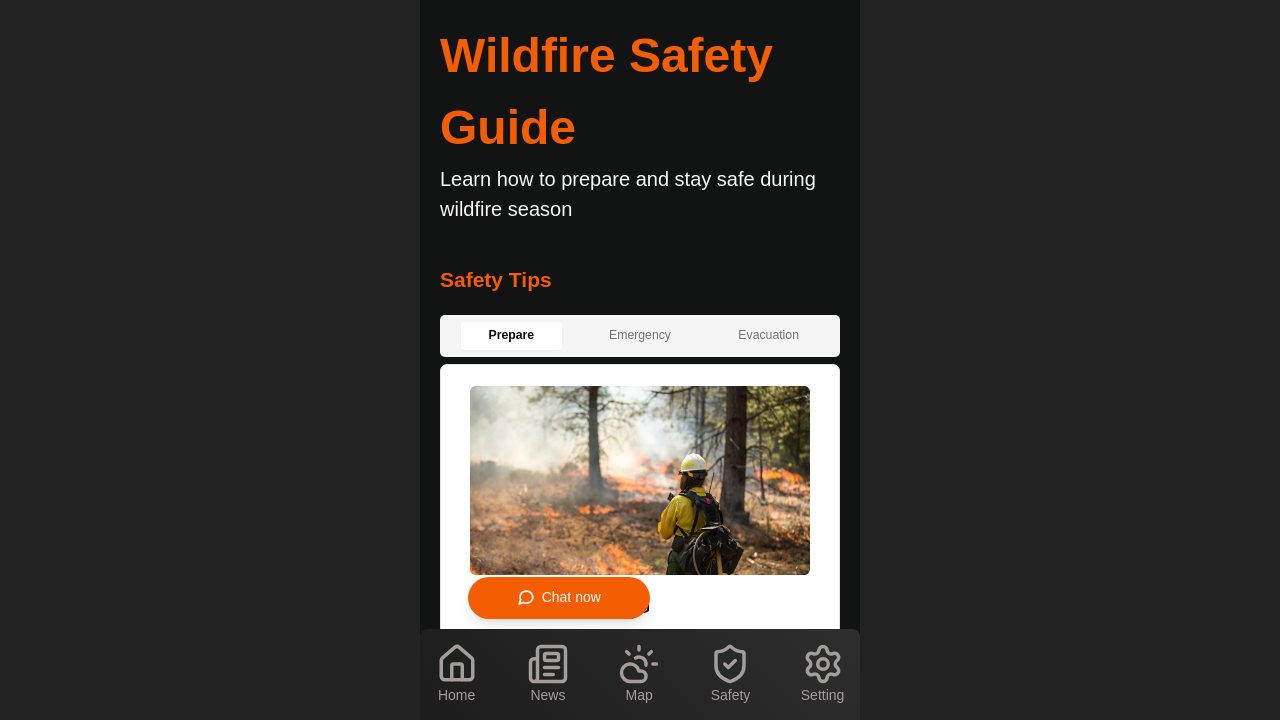
Repository: BCITKevin/Flare_IDSP
Page: /safety
These files come from the project's save history. The page is drawn as it stood at one moment and after the next save; the edit follows.
The browser window is 1280 px wide. The pictures show the whole page.
An inner scrolling area shows only its first screen. Some web fonts or font styles are not loaded; a fallback is used. The project was rebuilt for these pictures with package versions that can differ from the ones it lists, and the page was loaded fresh each time. The framework's server and built-in components were replaced by stand-ins that run in the browser. Also part of the build but not shown: next.config.js, next.config.mjs.

Above is the page before, as saved 2024-11-30 07:08:15.

### src/app/layout.tsx
import type { Metadata } from "next";
import Script from 'next/script';
import "./globals.css";
import { BrowserRouter } from "react-router-dom";

export const metadata: Metadata = {
  title: "Flare",
  description: "Flare is disaster response platform.",
  manifest: "/manifest.json",
};

export default function RootLayout({
  children,
}: Readonly<{
  children: React.ReactNode;
}>) {
  return (
    <html lang="en">
        <head>
          <link rel="manifest" href="/manifest.json" />
          <link rel="icon" href="/favicon.ico" />
          <link rel="apple-touch-icon" href="/images/logo-192x192.png" />
          <link
            rel="stylesheet"
            href="https://cdnjs.cloudflare.com/ajax/libs/leaflet/1.9.4/leaflet.min.css"
            crossOrigin=""
          />
        </head>
        <body
          className={`antialiased`}
        >
          {children}
          <Script
            src="https://cdnjs.cloudflare.com/ajax/libs/leaflet/1.9.4/leaflet.min.js"
            strategy="beforeInteractive"
            crossOrigin=""
          />
        </body>
    </html>
  );
}

### src/app/safety/page.tsx
'use client';

import { Tabs, TabsContent, TabsList, TabsTrigger } from "@/components/ui/tabs";
import {
    Card,
    CardContent,
    // CardDescription,
    // CardFooter,
    CardHeader,
    // CardTitle,
} from "@/components/ui/card"
import styles from "./safety.module.css"
import { Backpack, Map, Flag } from "lucide-react";
import prepareHero from "../public/images/prepareHero.png"
import evacHero from "../public/images/EvacHero.png"
import emergencyHero from "../public/images/EmergencyHero.png"
import BottomNavBar from "@/components/BottomNavBar/BottomNavBar";
import React from "react";

import { useState } from "react";
import Image from "next/image";

type Message = {
    text: string;
    sender: string;
};

// Card can be reformatted into a reusable component

export default function Safety() {
    const [showChat, setShowChat] = useState(false);
    const [activeTab, setActiveTab] = useState('Prepare');
    const [prevMsg, setMsg] = useState<Message[]>([
        { text: "Hello! Is there anything about wildfires I could help you with today?", sender: 'bot' },
    ]);


    async function handleSubmit(e: React.FormEvent<HTMLFormElement>) {
        e.preventDefault()

        try {
            const message = (document.querySelector('#message') as HTMLInputElement)?.value;
            (document.querySelector('#message') as HTMLInputElement).value = '';

            console.log(message);
            setMsg((prevMsg) => [...prevMsg, { text: message, sender: 'user' }]);

            const res = await fetch('/api/safety', {
                method: 'POST',
                headers: {
                    'Content-Type': 'application/json',
                },
                body: JSON.stringify({ message }),
            });

            if (!res.ok) {
                console.error();
                throw new Error('OOPS, SOMETHIN WRONG WITH BOT');
            }
            const data = await res.json();

            const botResponse = data.chat.content || "Sorry, I can't process your request. Please try again";

            setMsg((prevMsg) => [...prevMsg, { text: botResponse, sender: 'bot' }]);

            console.log('from gpt: ', botResponse);
        }
        catch (err) {
            console.error(err);
        }
    }

    const prepareText = `
    <strong>Stay informed:</strong> It’s crucial to stay updated on emergency alerts and evacuation orders issued by local authorities. Regularly check with Flare and turn on notifications and stay updated with the news. These alerts provide critical information about wildfire locations, safe zones, and road closures.
    <br><br>
    <strong>Assemble an emergency kit:</strong> Include:
    <ul>
        <li>- First aid supplies, such as bandages, antiseptics, and pain relievers.</li>
        <li>- Enough non-perishable food and water to sustain your household for at least 3 days.</li>
        <li>- Flashlights with spare batteries, a multi-tool, a whistle for signaling, and a fire extinguisher.</li>
        <li>- Personal hygiene items, blankets, and clothing suitable for various weather conditions.</li>
    </ul>
    <br>
    <strong>Follow evacuation routes:</strong> Use the safest, predefined routes recommended by local authorities. Avoid unfamiliar roads that could be blocked or unsafe. Always have a physical map in case of GPS or mobile network failure.
    <br><br>
    <strong>Leave as early as possible:</strong> Don’t wait until the last moment to evacuate. Early action reduces risks and allows emergency responders to focus on critical areas. Traffic congestion and panic during last-minute evacuations can pose additional dangers.
    <br><br>
    <strong>Assist neighbors if possible:</strong> Check on those in your community who may need help, especially the elderly, people with disabilities, or families without transportation. Offer support by carpooling or sharing resources.
    <br><br>
    <strong>Keep your vehicle ready:</strong> Ensure your vehicle is in good condition with a full gas tank. Keep the keys easily accessible, park the car facing outward for a quick exit, and load essential items in advance to save time during an emergency.
    <br><br>
    <strong>Practice your evacuation plan:</strong> Conduct regular drills with your household to ensure everyone knows their roles and responsibilities. Familiarity with the process can reduce stress and confusion during an actual emergency.
    <br><br>
    <strong>Create a defensible space around your home:</strong> Clear dry leaves, branches, and other flammable materials at least 30 feet from your home. Trim tree branches to a height of at least 6 feet to prevent fire from climbing. Regularly maintain gutters and roofs by removing debris. Store firewood and other combustible items far from structures.
    <br><br>
    `;


    const emergencyText = `
    <strong>If you are in danger, contact emergency services immediately:</strong> Dial the emergency hotline 911 if your safety is compromised. Or  call 1 800 663-5555 toll-free or <strong>*5555</strong> on a cellphone to report a wildfire. Clearly state your location and the nature of the emergency to ensure responders can locate you quickly. Avoid using the line for non-critical updates to keep it free for those in immediate need.
    <br><br>
    <strong>Stay inside if safe:</strong> If evacuation is not possible, shelter in place in a safe room. Select an area with minimal windows and external doors, preferably one located at the center of your home or on the opposite side of the fire’s path. Keep the space stocked with basic necessities, including water, flashlights, and communication devices.
    <br><br>
    <strong>Block air entry:</strong> Use duct tape, wet towels, or other materials to seal gaps around doors and windows to prevent smoke infiltration. Shut off HVAC systems and close vents to further limit the entry of hazardous air.
    <br><br>
    <strong>Listen to official information:</strong> Stay tuned to updates from local authorities via radio, mobile apps, or reliable online sources. Avoid spreading or acting on unverified information that may cause unnecessary panic.
    <br><br>
    <strong>Use face coverings:</strong> If you need to go outside or smoke enters your shelter, use wet towels, bandanas, or certified N95 masks to filter harmful particles. This is especially important for individuals with respiratory issues, the elderly, and young children.
    <br><br>
    <strong>Stay hydrated:</strong> Drink plenty of water to combat dehydration caused by heat and smoke inhalation. Avoid alcohol or caffeinated drinks, which can exacerbate dehydration. If possible, keep oral rehydration salts or electrolyte drinks on hand.
    <br><br>
    <strong>Be prepared for power outages:</strong> Wildfires may disrupt electricity. Keep flashlights, extra batteries, and a manual crank radio available. Charge your devices in advance and consider using portable power banks.
    <br><br>
    <strong>Plan for communication:</strong> If mobile networks are down, use walkie-talkies or pre-established signals with neighbors and family to communicate effectively.
    <br><br>
    <strong>Protect pets and livestock:</strong> Keep your pets in a secure area with food and water. If possible, move livestock to open areas far from fire hazards.
    <br><br>
    <strong>Monitor air quality:</strong> Use air purifiers indoors if available and check air quality levels through official channels to minimize smoke-related health risks.
    `;


    const evacuationText = `
    <strong>Develop a family emergency plan:</strong> Create a detailed emergency plan that includes designated meeting spots, multiple communication strategies, and escape routes for different scenarios. Assign responsibilities to each family member and rehearse the plan frequently to ensure everyone is prepared.
    <br><br>
    <strong>Prepare to leave immediately:</strong>
    - Ensure you have gathered all essential items ahead of time to avoid delays. These include:
    <br><br>
    <ul>
        <li>- <strong>Medications</strong>, including prescription drugs and a basic first aid kit for minor injuries.</li>
        <li>- <strong>Important documents</strong>, such as government-issued IDs, insurance papers, property deeds, and emergency contact information.</li>
        <li>- Your <strong>emergency kit</strong> as outlined in the prepare section</li>
        <li>- Personal items like clothing, toiletries, and any essential supplies for infants, pets, or elderly family members.</li>
    </ul>
    <br>
    <strong>Keep important documents ready:</strong> Store essential documents like birth certificates, passports, medical records, and insurance policies in a waterproof, fireproof safe. Back up digital copies to cloud storage or an external hard drive.
    <br><br>
    <strong>Know your local risk level:</strong> Familiarize yourself with wildfire risks in your area by consulting local government websites and fire risk maps. Participate in community evacuation drills to understand the best practices and routes in case of an emergency.
    <br><br>
    <strong>Sign up for emergency alerts:</strong> Subscribe to wildfire and weather warning systems offered by local authorities.
    <br><br>
    <strong>Invest in fire-resistant building materials:</strong> Upgrade your home with fire-resistant roofing, siding, and windows. Install ember-resistant vents to prevent sparks from entering your home.
    <br><br>
    <strong>Prepare your vehicle:</strong> Keep your car in good working condition, with a full gas tank and an emergency kit inside. Include maps, a spare tire, tools, and extra supplies to ensure mobility during an evacuation.
    <br><br>
    <strong>Coordinate with your neighbors:</strong> Work together with your community to create a wildfire response plan. Share resources, such as tools and safety tips, to enhance collective preparedness.
    <br><br>
    <strong>Learn fire suppression techniques:</strong> Take basic training on how to use a fire extinguisher and other suppression tools effectively. Know when to evacuate instead of attempting to combat the fire yourself.
    <br><br>
    <strong>Advocate for local safety measures:</strong> Encourage local governments to implement wildfire prevention strategies, such as controlled burns, community fuel breaks, and infrastructure upgrades.
    `;




    return (
        <body className="min-h-screen overflow-y-auto">
            <div className="safetyLayout h-full overflow-y-auto mb-44">
                <div className={`mb-12 ${styles.safetyHeading}`}>
                    <h1>
                        Wildfire Safety Guide
                    </h1>
                    <h4 className={styles.whiteText}>
                        Learn how to prepare and stay safe during wildfire season
                    </h4>
                </div>
                {/* <Card className="p-5 mt-3 transition-all duration-300 hover:shadow-lg border-l-4 border-l-orange-500">
                    <CardHeader className="p-0 mb-3">
                        <div className="flex items-center gap-2">
                            <strong className={`${styles.articleBody} text-lg`}>
                                Based on your Location and Recent Weather
                            </strong>
                        </div>
                    </CardHeader>
                    <CardContent className="p-0">
                        <div className="flex flex-col gap-2">
                            <p className={`${styles.articleBody} leading-relaxed`}>
                                Consider bringing:
                            </p>
                            <ul className="list-disc ml-5 space-y-1">
                                <li className={styles.articleBody}>Extra water (1 gallon per person)</li>
                                <li className={styles.articleBody}>Cooling towels</li>
                                <li className={styles.articleBody}>Sun protection (hat, sunscreen)</li>
                            </ul>
                        </div>
                    </CardContent>
                </Card> */}
                <div className={`${styles.safetyHeading} mb-6 mt-6`}>
                    <h3 className="text-2xl font-bold">
                        Safety Tips
                    </h3>
                </div>
                <div className="mt-2">
                <Tabs defaultValue="Prepare" className="w-full flex flex-col" onValueChange={setActiveTab}>
                        <TabsList className="space-x-8 p-6">
                            <TabsTrigger value="Prepare" className={`w-full ${activeTab === 'Prepare' ? styles.activeTab : ''}`}>Prepare</TabsTrigger>
                            <TabsTrigger value="Emergency" className={`w-full ${activeTab === 'Emergency' ? styles.activeTab : ''}`}>Emergency</TabsTrigger>
                            <TabsTrigger value="Evacuation" className={`w-full ${activeTab === 'Evacuation' ? styles.activeTab : ''}`}>Evacuation</TabsTrigger>
                        </TabsList>
                        <TabsContent value="Prepare">
                            <Card className={`${styles.card} p-6 flex flex-col items-center mb-24`}>
                                <Image src={prepareHero} width={340} height={189} alt="a rescue worker looking towards a wildfire" />
                                <Flag color="black" className="m-6" />
                                <p dangerouslySetInnerHTML={{ __html: prepareText }} className={styles.articleBody} />
                            </Card>
                        </TabsContent>
                        <TabsContent value="Emergency">
                            <Card className={`${styles.card} p-6 flex flex-col items-center mb-24`}>
                                <Image src={emergencyHero} width={340} height={189} alt="a rescue worker looking towards a wildfire" />
                                <Backpack color="black" className="m-6" />
                                <p dangerouslySetInnerHTML={{ __html: emergencyText }} className={styles.articleBody} />
                            </Card>
                        </TabsContent>
                        <TabsContent value="Evacuation">
                            <Card className={`${styles.card} p-6 flex flex-col items-center mb-24`}>
                                <Image src={evacHero} width={340} height={189} alt="a rescue worker looking towards a wildfire" />
                                <Map color="black" className="m-6" />
                                <p dangerouslySetInnerHTML={{ __html: evacuationText }} className={styles.articleBody} />
                            </Card>
                        </TabsContent>
                    </Tabs>
                </div>
                {showChat ? (
                    <>
                        <div className="justify-center items-center flex overflow-x-hidden overflow-y-auto fixed inset-0 z-50 outline-none focus:outline-none">
                            <div className="relative w-full h-full mx-auto max-w-3xl px-4 pt-6 pb-24">
                                <div className="border-0 rounded-lg shadow-lg relative flex flex-col w-full h-full bg-white outline-none focus:outline-none">
                                    {/* Header */}
                                    <div className="flex items-center justify-between p-4 border-b border-solid border-gray-200">
                                        <h3 className="text-lg font-semibold text-gray-900">Flare Assistant</h3>
                                        <button
                                            className="p-1 ml-auto border-0 text-black float-right text-3xl leading-none font-semibold"
                                            onClick={() => setShowChat(false)}
                                        >
                                            ×
                                        </button>
                                    </div>

                                    {/* Chat Messages */}
                                    <div className="relative p-4 flex-auto overflow-y-auto">
                                        {prevMsg.map((msg, i) => (
                                            <div key={i} className={`flex ${msg.sender === 'user' ? 'justify-end' : 'justify-start'} mb-4`}>
                                                <div className={`rounded-lg px-4 py-2 max-w-[80%] ${
                                                    msg.sender === 'user'
                                                    ? 'bg-[var(--orange)] text-white'
                                                    : 'bg-gray-100 text-gray-800'
                                                }`}>
                                                    {msg.text}
                                                </div>
                                            </div>
                                        ))}
                                    </div>

                                    {/* Input Form */}
                                    <div className="border-t border-solid border-gray-200 p-4">
                                        <form onSubmit={handleSubmit} className="flex gap-2">
                                            <input
                                                type="text"
                                                id="message"
                                                placeholder="Type your message..."
                                                className="flex-grow px-4 py-2 border border-gray-300 rounded-full focus:outline-none focus:border-[var(--orange)]"
                                            />
                                            <button
                                                type="submit"
                                                className="bg-[var(--orange)] text-white rounded-full px-6 py-2"
                                            >
                                                Send
                                            </button>
                                        </form>
                                    </div>
                                </div>
                            </div>
                        </div>
                        <div className="opacity-25 fixed inset-0 z-40 bg-black"></div>
                    </>
                ) : null}
                <div className="flex flex-col fixed bottom-24 rounded-md px-6 py-3 m-2 items-center gap-4 transition-all duration-300">
                    {/* <div>
                        <span className="flex justify-center text-white ">Flare Assistant</span>
                        <p className="text-white text-base">Ask us about how you can stay safe</p>
                    </div> */}
                    <button
                        className="flex justify-center bg-[var(--orange)] text-white rounded-full shadow-lg transition-all duration-300 flex items-center gap-2 px-4 py-2 w-3/4 hover:border-2 hover:border-white box-border w-52 h-12"
                        onClick={() => setShowChat(true)}
                    >
                        <img src="/icons/message-circle.svg" alt="chatbot icon" className="w-5 h-5 filter invert brightness-0" />
                        <span>Chat now</span>
                    </button>
                </div>
            </div>
            <BottomNavBar />
        </body>
    )
}

### src/components/ui/card.tsx
import * as React from "react"

import { cn } from "@/lib/utils"

const Card = React.forwardRef<
  HTMLDivElement,
  React.HTMLAttributes<HTMLDivElement>
>(({ className, ...props }, ref) => (
  <div
    ref={ref}
    className={cn(
      "rounded-lg border border-neutral-200 bg-white text-neutral-950 shadow-sm dark:border-neutral-800 dark:bg-neutral-950 dark:text-neutral-50",
      className
    )}
    {...props}
  />
))
Card.displayName = "Card"

const CardHeader = React.forwardRef<
  HTMLDivElement,
  React.HTMLAttributes<HTMLDivElement>
>(({ className, ...props }, ref) => (
  <div
    ref={ref}
    className={cn("flex flex-col space-y-1.5", className)}
    {...props}
  />
))
CardHeader.displayName = "CardHeader"

const CardTitle = React.forwardRef<
  HTMLParagraphElement,
  React.HTMLAttributes<HTMLHeadingElement>
>(({ className, ...props }, ref) => (
  <h3
    ref={ref}
    className={cn(
      "text-2xl font-semibold leading-none tracking-tight",
      className
    )}
    {...props}
  />
))
CardTitle.displayName = "CardTitle"

const CardDescription = React.forwardRef<
  HTMLParagraphElement,
  React.HTMLAttributes<HTMLParagraphElement>
>(({ className, ...props }, ref) => (
  <p
    ref={ref}
    className={cn("text-sm text-neutral-500 dark:text-neutral-400", className)}
    {...props}
  />
))
CardDescription.displayName = "CardDescription"

const CardContent = React.forwardRef<
  HTMLDivElement,
  React.HTMLAttributes<HTMLDivElement>
>(({ className, ...props }, ref) => (
  <div ref={ref} className={cn("pt-6", className)} {...props} />
))
CardContent.displayName = "CardContent"

const CardFooter = React.forwardRef<
  HTMLDivElement,
  React.HTMLAttributes<HTMLDivElement>
>(({ className, ...props }, ref) => (
  <div
    ref={ref}
    className={cn("flex items-center pt-6", className)}
    {...props}
  />
))
CardFooter.displayName = "CardFooter"

export { Card, CardHeader, CardFooter, CardTitle, CardDescription, CardContent }

### src/app/safety/safety.module.css

.safetyHeading {
    color: var(--orange);
}

.articleBody {
    color: var(--black);
}

.articleBody *{
    color: var(--black);
}

.whiteText {
    color: var(--white);
}

.activeTab {
    box-shadow: 0 4px 6px rgba(0,0,0, 0.3);
    font-weight: bold;
    transition: ease-in-out 0.2s;
}

@media only screen and (max-width: 600px) {
    .appLayout {
      overflow-y: scroll;
      padding-bottom: 8rem;
  }
}

### src/components/BottomNavBar/BottomNavBar.module.css
.navContainer {
  position: fixed;
  bottom: 0;
  width: 440px;

  display: flex;
  align-items: flex-end;
  gap: 18px;
  justify-content: space-around;

  color: var(--l-grey);
  border-radius: 8px 8px 0 0;
  background: linear-gradient(45deg, #1c1c1c 0.25%, #2e2e2e 99.75%);
}

.navIcon {
  display: flex;
  flex-direction: column;
  align-items: center;
  transition: color 0.3s, transform 0.3s, background-color 0.3s;
  padding: 1rem 12px;
  border-radius: 8px;
}

.navIcon:hover {
  color: #000000;
  transform: translateY(-2px);

  background-color: var(--white);
}

.active {
  color: grey; /* 활성화 시 색상 */
  transform: scale(1.1);
  background-color: #2b2b2b;
}

Loaded but not shown: src/lib/utils.ts (common file); src/app/globals.css (310 lines, source omitted); src/components/BottomNavBar/BottomNavBar.jsx (106 lines, source omitted); tailwind.config.ts (96 lines, source omitted); src/components/ui/tabs.tsx (55 lines, source omitted)

After the next save:
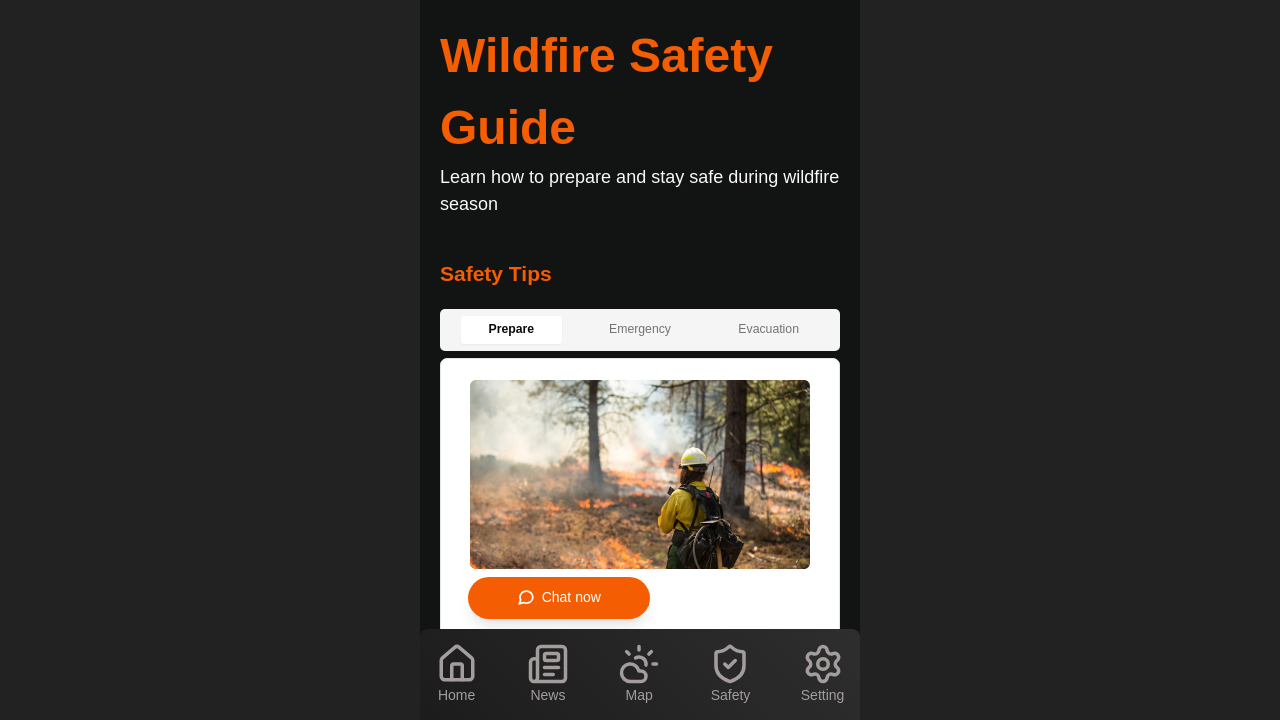
Saved 72 s later.
--- a/src/app/safety/page.tsx
+++ b/src/app/safety/page.tsx
@@ -159,9 +159,9 @@ export default function Safety() {
                     <h1>
                         Wildfire Safety Guide
                     </h1>
-                    <h4 className={styles.whiteText}>
+                    <h5 className={styles.whiteText}>
                         Learn how to prepare and stay safe during wildfire season
-                    </h4>
+                    </h5>
                 </div>
                 {/* <Card className="p-5 mt-3 transition-all duration-300 hover:shadow-lg border-l-4 border-l-orange-500">
                     <CardHeader className="p-0 mb-3">
